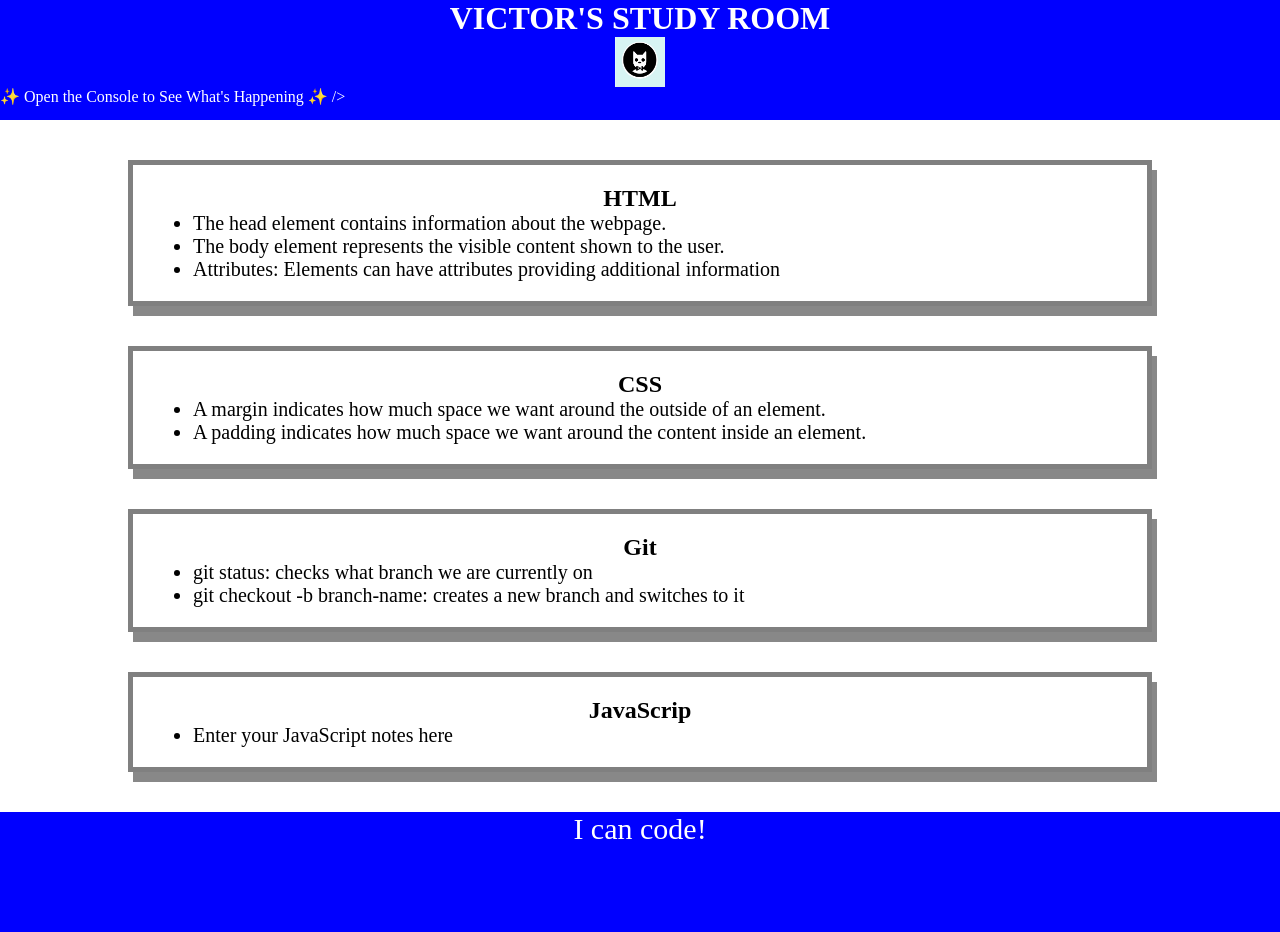
Repository: uvee35/prework-study-guide
Page: index.html
An editor plug-in stored every save of this project. The page is shown before and after a run of saves, followed by the edit.
The browser window is 1280 px wide. The pictures show the whole page.

Above is the page before, as saved 2023-11-26 17:08:41.

After the next 3 saves:
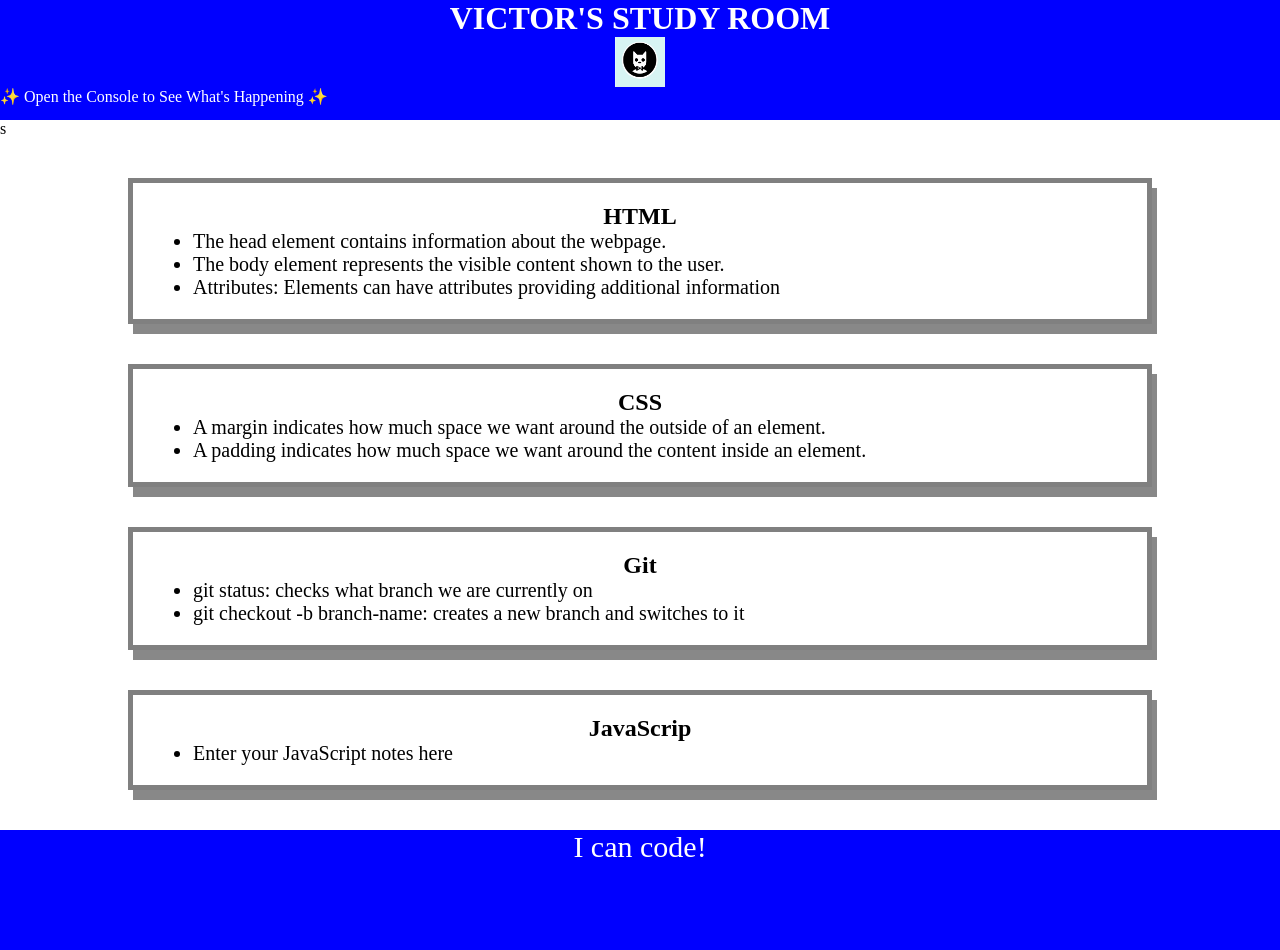
The 3 saves are shown as one change because they came seconds apart.
The last was saved 11 s later.
--- a/index.html
+++ b/index.html
@@ -15,8 +15,8 @@
         src="./assets/bowtie-cat.png"
         alt="Profile image of cat wearing a bow tie."
       <h2>✨ Open the Console to See What's Happening ✨</h2>
-      />
-    </header>
+
+    </header>s
 
     <main>
       <section class="card" id="html-section">

After the save that followed:
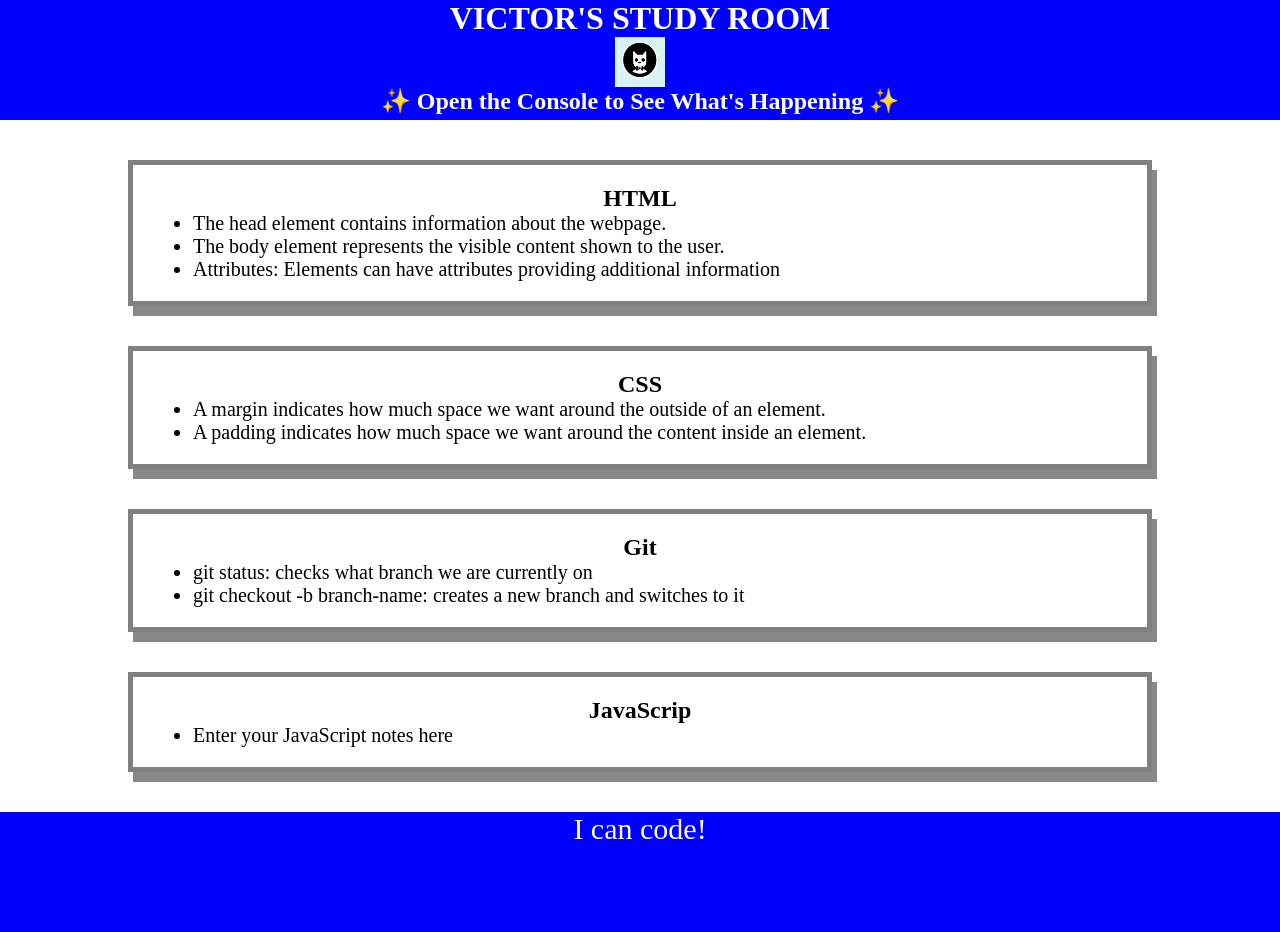
Saved 11 s later.
--- a/index.html
+++ b/index.html
@@ -14,9 +14,9 @@
       <img
         src="./assets/bowtie-cat.png"
         alt="Profile image of cat wearing a bow tie."
+      />
       <h2>✨ Open the Console to See What's Happening ✨</h2>
-
-    </header>s
+    </header>
 
     <main>
       <section class="card" id="html-section">
